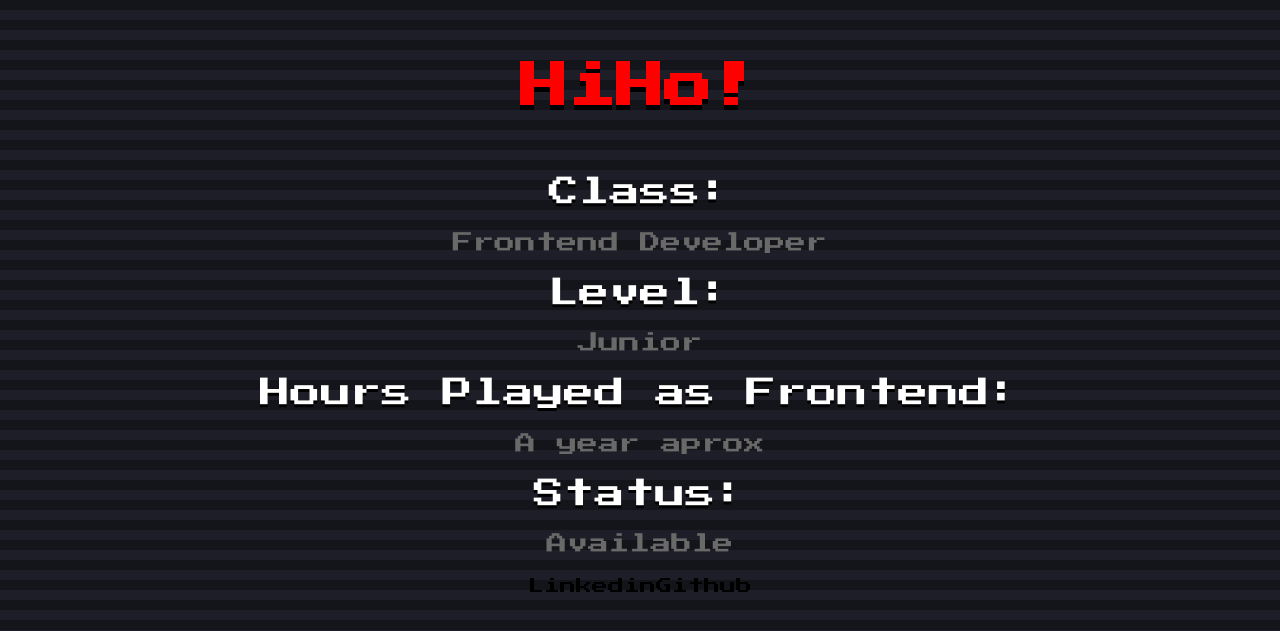
Repository: sernalab/soon
Page: index.html
These files come from the project's save history. The page is drawn as it stood at one moment and after the next save; the edit follows.
The browser window is 1280 px wide. The pictures show the whole page.

Above is the page before, as saved 2018-12-27 00:52:38.

After the next save:
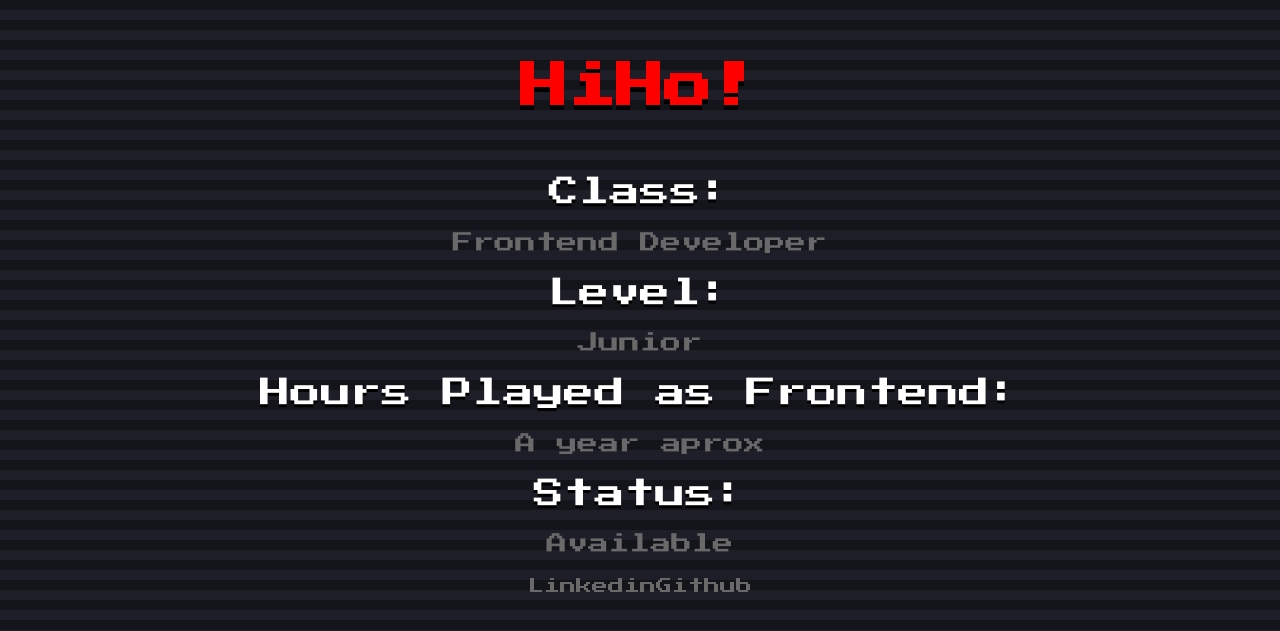
Saved 10 s later.
--- a/css/styles.css
+++ b/css/styles.css
@@ -464,5 +464,5 @@ li {
 
 a {
     text-decoration: none;
-    color: black;
-}
+    color: dimgray;
+}
